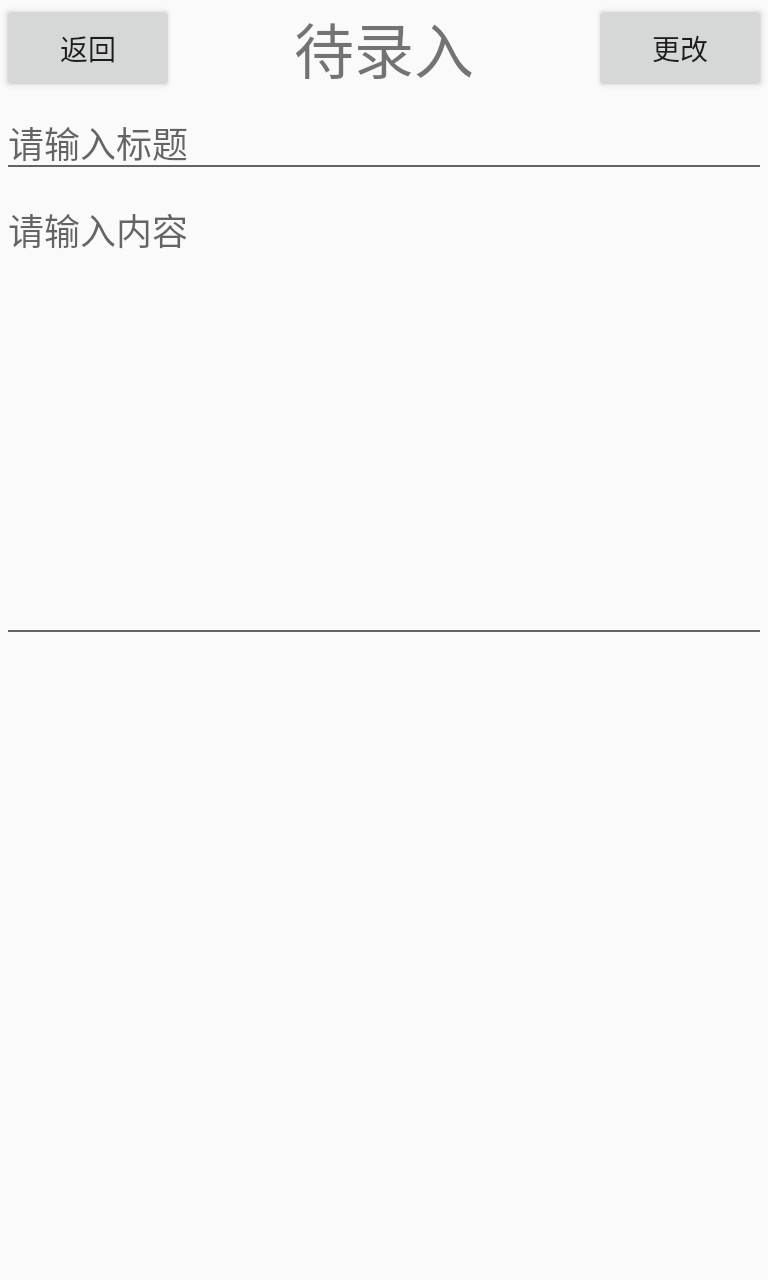
Repository: mxfpaul/Test
Layout: Note/MyNote2/res/layout/viewnote.xml
These files come from the project's save history. The layout is drawn as it stood at one moment and after the next save; the edit follows.
It is drawn on a 768 x 1280 px phone screen (xhdpi) without system bars, with theme AppTheme; the app's code is not run.

Above is the layout before, as saved 2014-11-22 07:46:08.

### Note/MyNote2/res/layout/viewnote.xml
<?xml version="1.0" encoding="utf-8"?>
<LinearLayout xmlns:android="http://schemas.android.com/apk/res/android"
    android:layout_width="match_parent"
    android:layout_height="match_parent"
    android:orientation="vertical" >

    <LinearLayout
        android:layout_width="match_parent"
        android:layout_height="wrap_content"
        android:orientation="horizontal" >

        <Button
            android:id="@+id/view_button_setting"
            android:layout_width="wrap_content"
            android:layout_height="wrap_content"
            android:text="@string/view_button_text1" />

        <TextView
            android:id="@+id/view_textview_all"
            android:layout_width="0dp"
            android:layout_height="wrap_content"
            android:layout_weight="1"
            android:layout_gravity="center"
            android:gravity="center"
            android:text="@string/view_textview_text"
            android:textSize="30sp" />

        <Button
            android:id="@+id/view_button_new"
            android:layout_width="wrap_content"
            android:layout_height="wrap_content"
            android:text="@string/view_button_text2" />
    </LinearLayout>

    <EditText
        android:id="@+id/new_edittext_title"
        android:layout_width="match_parent"
        android:layout_height="wrap_content"
        android:ems="14"
        android:gravity="top"
        android:hint="@string/new_edittext_text1"
        android:lines="1" />

    <EditText
        android:id="@+id/new_edittext_content"
        android:layout_width="match_parent"
        android:layout_height="wrap_content"
        android:ems="14"
        android:gravity="top"
        android:hint="@string/new_edittext_text2"
        android:lines="10" />

</LinearLayout>

### Note/MyNote2/res/values/strings.xml
<?xml version="1.0" encoding="utf-8"?>
<resources>

    <string name="app_name">MyNote2</string>
    <string name="hello_world">Hello world!</string>
    <string name="action_settings">Settings</string>
    <string name="home_button_text1">设置</string>
    <string name="home_button_text2">新建</string>
    <string name="home_textview_text">全部笔记</string>
    <string name="new_button_text1">返回</string>
    <string name="new_button_text2">完成</string>
    <string name="new_textview_text">新笔记</string>
    <string name="new_edittext_text1">请输入标题</string><string name="new_edittext_text2">请输入内容</string><string name="view_button_text1">返回</string>
    <string name="view_button_text2">更改</string>
    <string name="view_textview_text">待录入</string>



</resources>

Loaded but not shown: Note/MyNote2/res/values/styles.xml (common file); Note/MyNote2/res/values-v11/styles.xml (common file); Note/MyNote2/res/values-v14/styles.xml (common file)

After the next save:
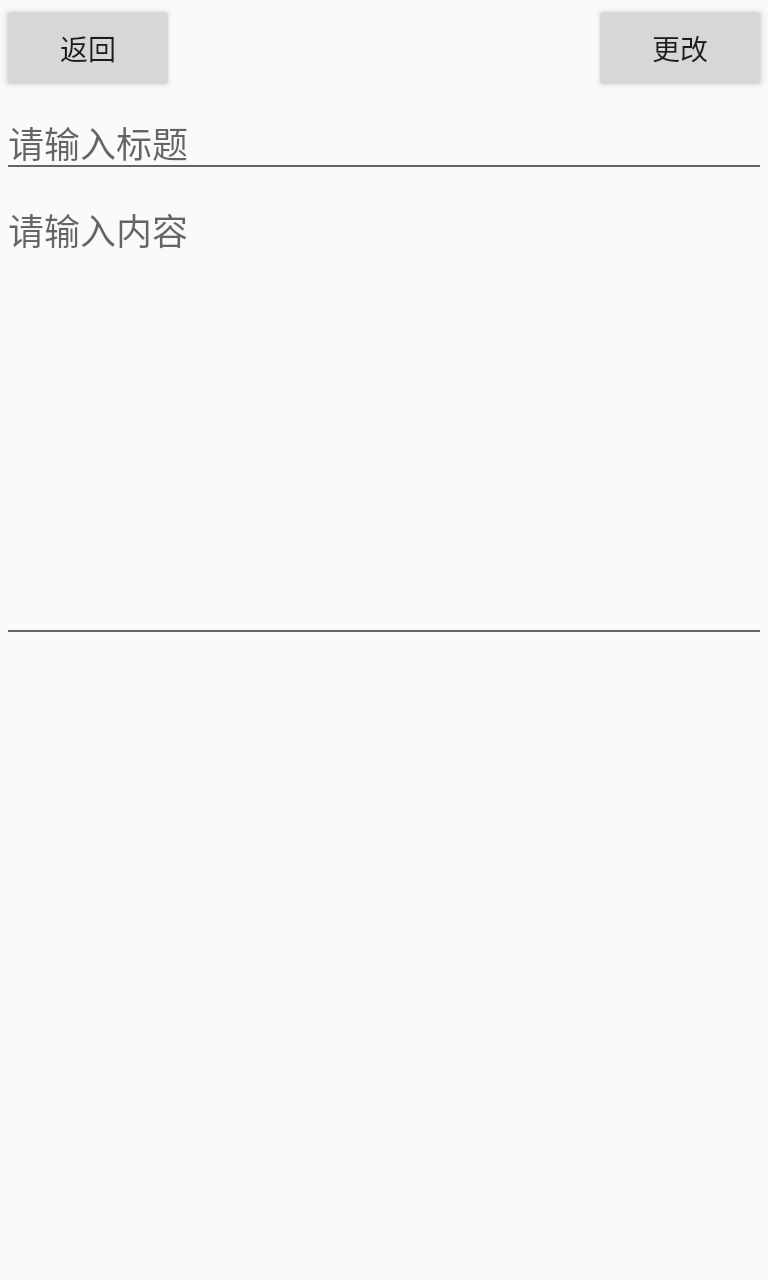
Saved 17 s later.
--- a/Note/MyNote2/res/layout/viewnote.xml
+++ b/Note/MyNote2/res/layout/viewnote.xml
@@ -18,9 +18,8 @@
         <TextView
             android:id="@+id/view_textview_all"
             android:layout_width="0dp"
-            android:layout_height="wrap_content"
+            android:layout_gravity="center"
             android:layout_weight="1"
-            android:layout_gravity="center"
             android:gravity="center"
             android:text="@string/view_textview_text"
             android:textSize="30sp" />

After the save that followed:
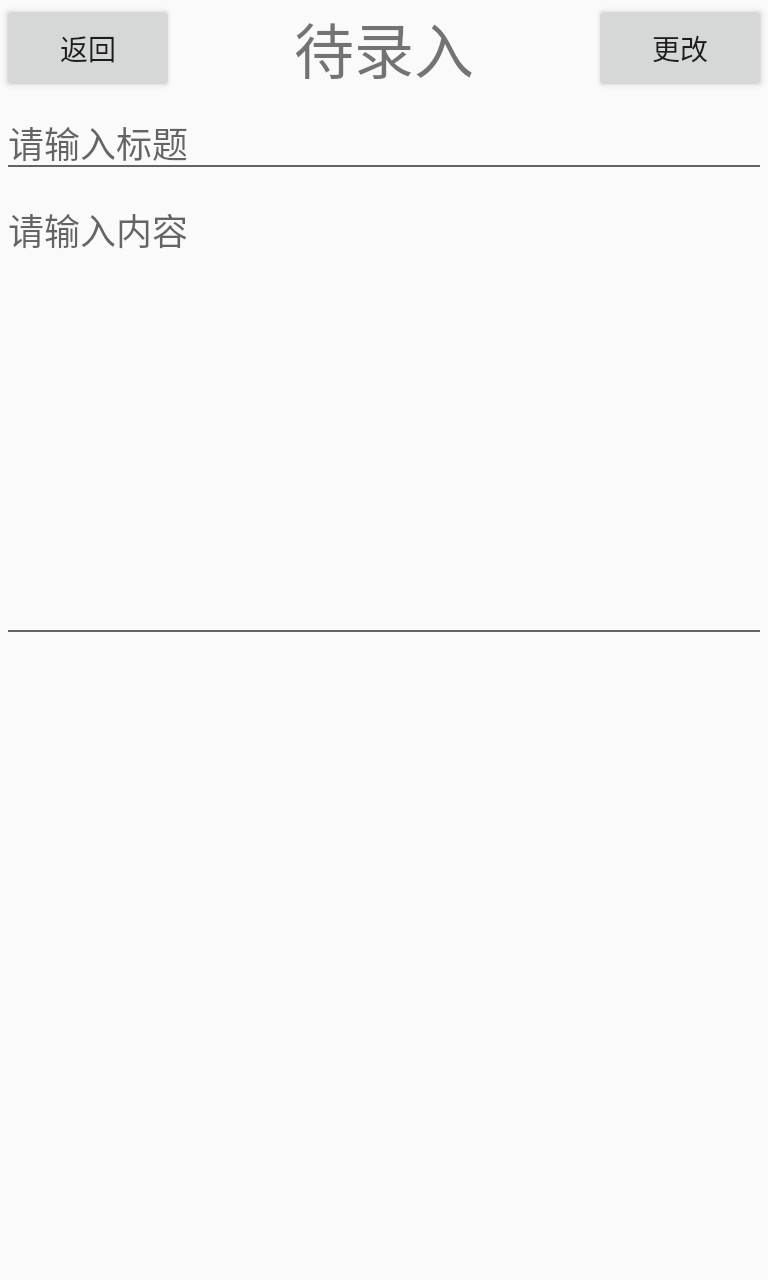
Saved 17 s later.
--- a/Note/MyNote2/res/layout/viewnote.xml
+++ b/Note/MyNote2/res/layout/viewnote.xml
@@ -18,6 +18,7 @@
         <TextView
             android:id="@+id/view_textview_all"
             android:layout_width="0dp"
+            android:layout_height="wrap_content"
             android:layout_gravity="center"
             android:layout_weight="1"
             android:gravity="center"
